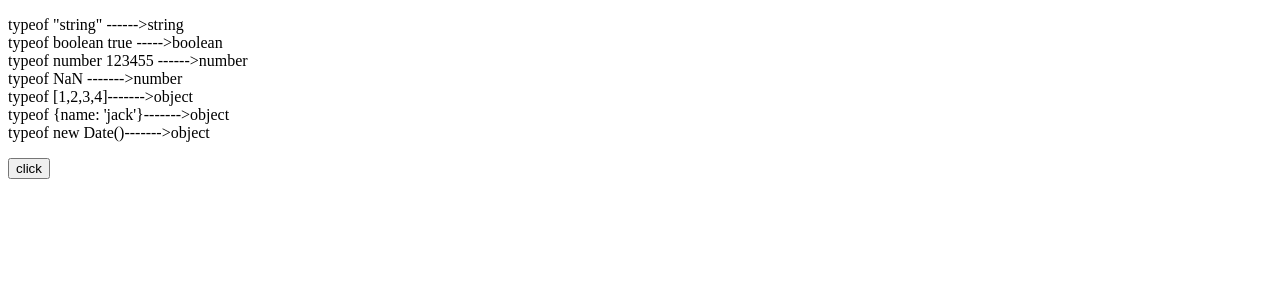
Repository: SlimShadyBaby/study-vue
Page: code/003-JavaScript/1-数据类型/structure.html
These files come from the project's save history. The page is drawn as it stood at one moment and after the next save; the edit follows.
The browser window is 1280 px wide. The pictures show the whole page.
After loading, the first visible `input` was clicked once.

Above is the page before, as saved 2021-09-07 20:55:02.

After the next save:
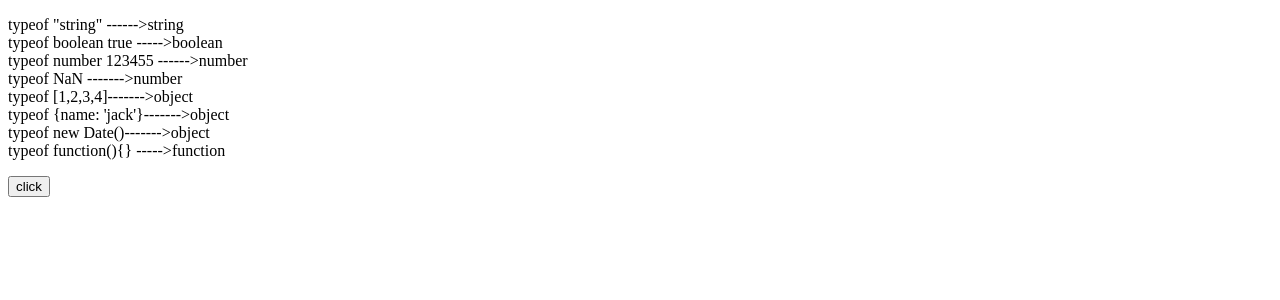
Saved 29 s later.
--- a/code/003-JavaScript/1-数据类型/structure.html
+++ b/code/003-JavaScript/1-数据类型/structure.html
@@ -14,7 +14,8 @@
             "typeof NaN ------->" + typeof NaN + "<br>" +
             "typeof [1,2,3,4]------->" + typeof [1,2,3,4] + "<br>" +
             "typeof {name: 'jack'}------->" + typeof {name: "jack"} + "<br>" +
-            "typeof new Date()------->"+ typeof new Date()
+            "typeof new Date()------->" + typeof new Date()+ "<br>" +
+            "typeof function(){} ----->" + typeof function(){}
         }
 
     </script>
